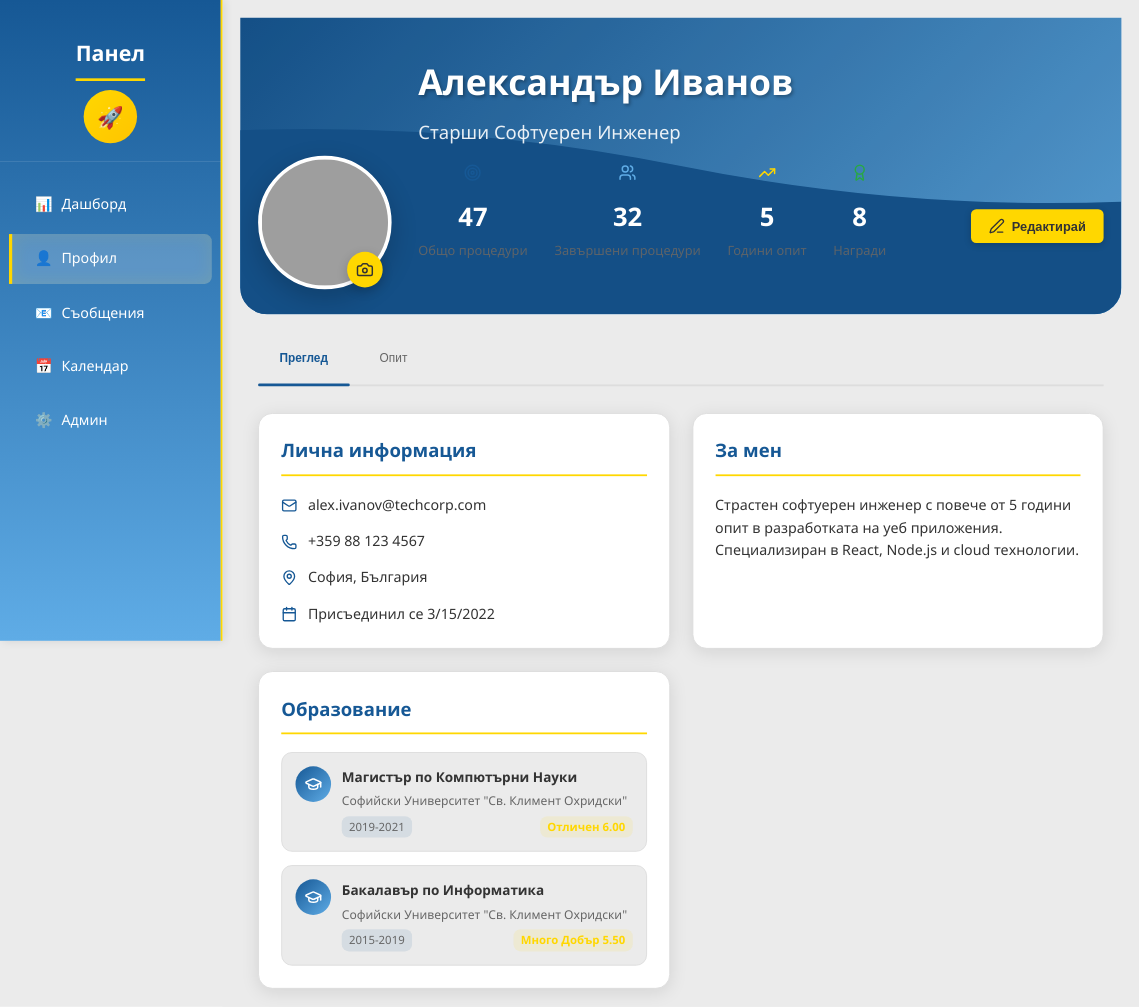
Repository: BorisSavianov/doxa-frontend
Page: /profile
An editor plug-in stored every save of this project. The page is shown before and after the next save, followed by the edit.
The browser window is 1280 px wide. The pictures show the whole page, at 89% of full size.
Pictures or frames that could not be fetched are drawn as grey boxes. The project was rebuilt for these pictures with package versions that can differ from the ones it lists, and the page was loaded fresh each time. Also part of the build but not shown: vite.config.js, src/components/Layout/Header.jsx, src/components/Charts/SimpleChart.jsx, src/pages/Dashboard.jsx, src/pages/Inbox.css, src/pages/Inbox.jsx, src/pages/Calendar.css, src/pages/Calendar.jsx and 1 more.

Above is the page before, as saved 2025-10-24 13:53:35.

After the next save:
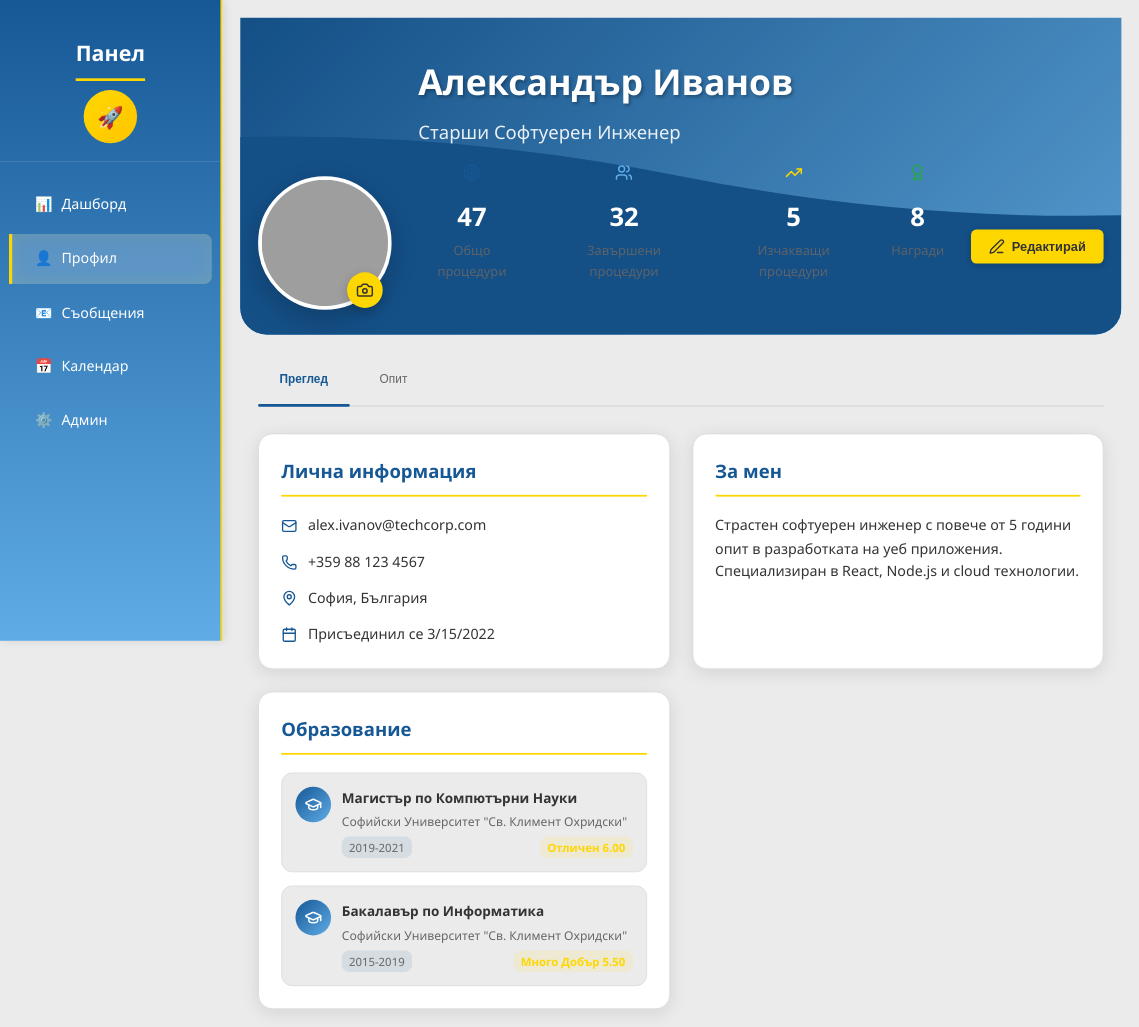
Saved 31 s later.
--- a/src/pages/Profile.jsx
+++ b/src/pages/Profile.jsx
@@ -45,7 +45,7 @@
   const [stats, setStats] = useState([
     { label: t('Общо процедури', 'Completed Projects'), value: 47, icon: Target, color: '#165895' },
     { label: t('Завършени процедури', 'Happy Clients'), value: 32, icon: Users, color: '#5FACE6' },
-    { label: t('Години опит', 'Years Experience'), value: 5, icon: TrendingUp, color: '#FFD700' },
+    { label: t('Изчакващи процедури', 'Years Experience'), value: 5, icon: TrendingUp, color: '#FFD700' },
     { label: t('Награди', 'Awards'), value: 8, icon: Award, color: '#28a745' }
   ])
 

After the save that followed:
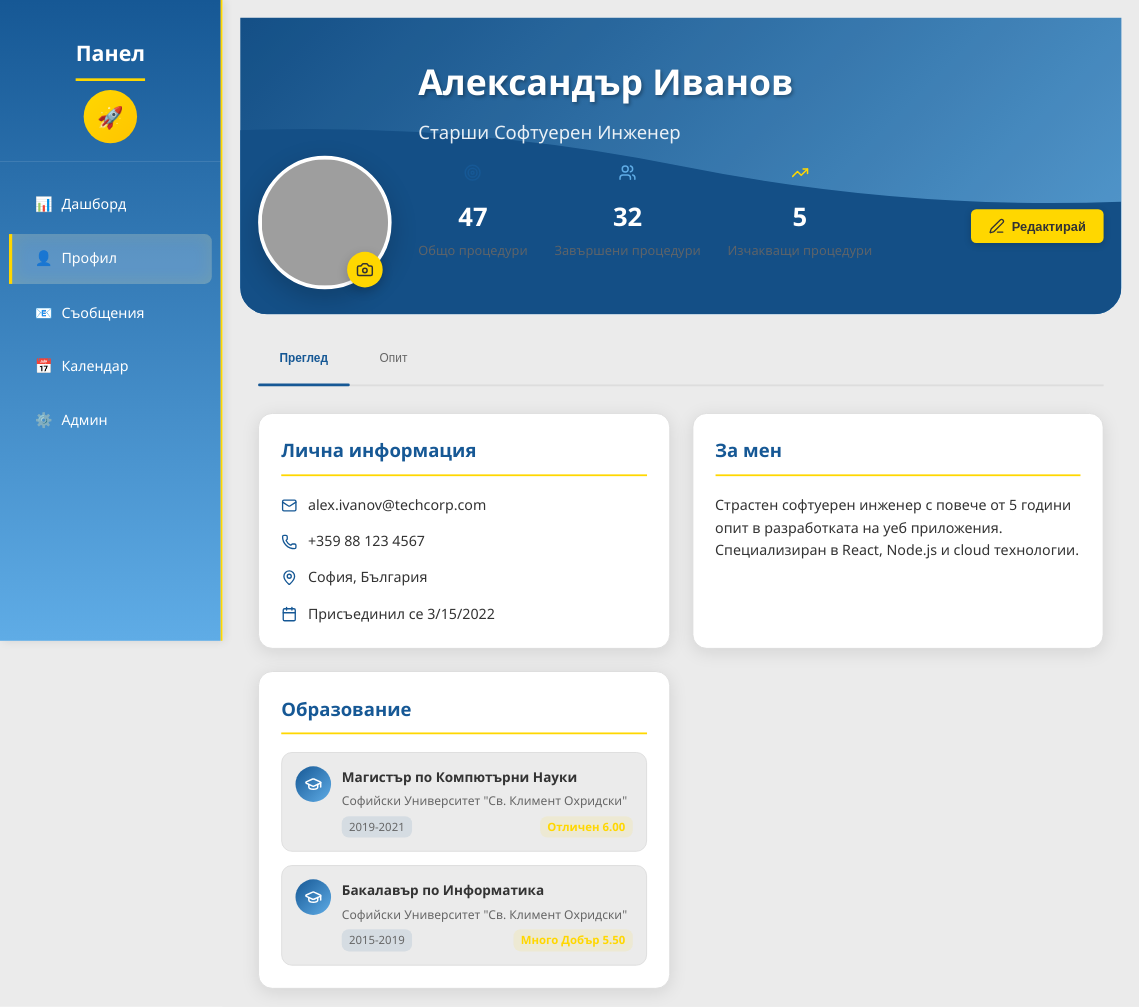
Saved 5 s later.
--- a/src/pages/Profile.jsx
+++ b/src/pages/Profile.jsx
@@ -46,7 +46,7 @@
     { label: t('Общо процедури', 'Completed Projects'), value: 47, icon: Target, color: '#165895' },
     { label: t('Завършени процедури', 'Happy Clients'), value: 32, icon: Users, color: '#5FACE6' },
     { label: t('Изчакващи процедури', 'Years Experience'), value: 5, icon: TrendingUp, color: '#FFD700' },
-    { label: t('Награди', 'Awards'), value: 8, icon: Award, color: '#28a745' }
+
   ])
 
   const [activeTab, setActiveTab] = useState('overview')
